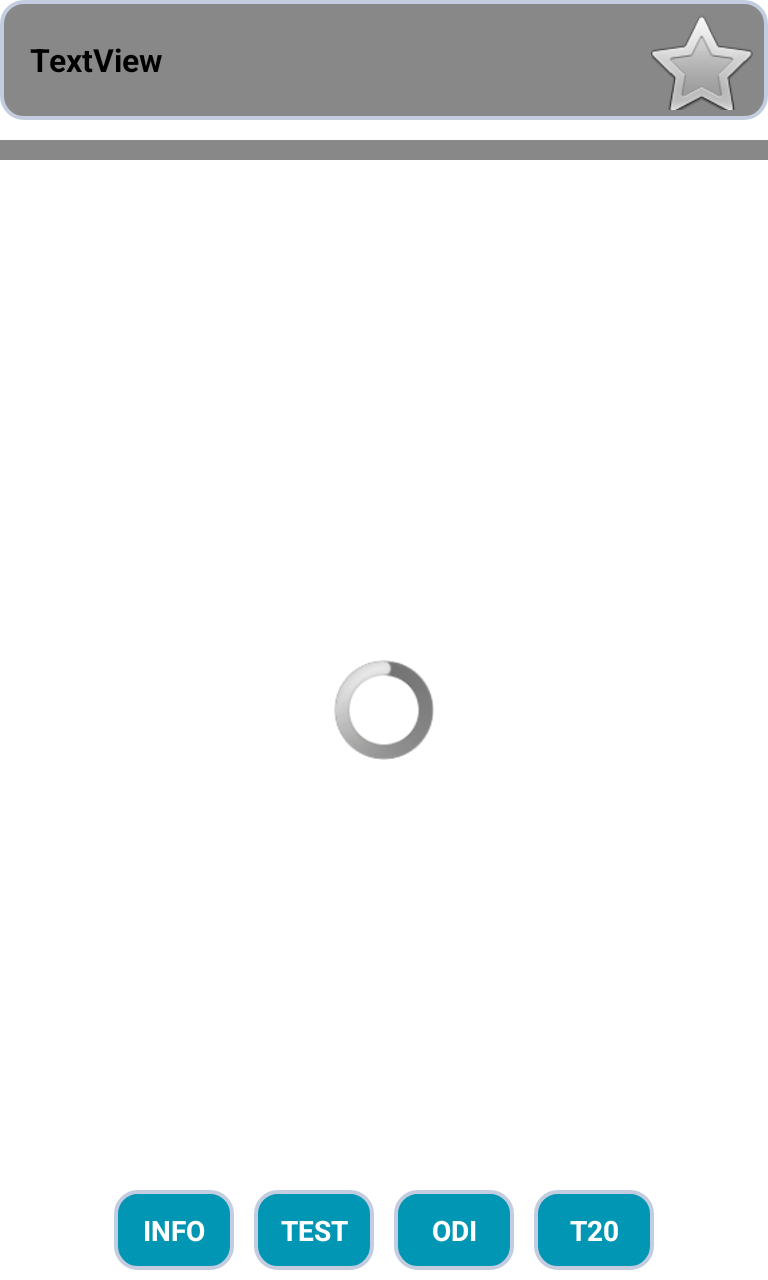
Repository: vinothsridhar/CrickBuzzChallenge
Layout: CricBuzzAndroidApp/res/layout/activity_playerprofile.xml
The author's editor kept a copy of each file at every save. The layout is drawn from the files as they stood at one save, then again after the next save.
It is drawn on a 768 x 1280 px phone screen (xhdpi) without system bars, with theme AppTheme; the app's code is not run.

Above is the layout before, as saved 2014-12-20 16:46:59.

### CricBuzzAndroidApp/res/layout/activity_playerprofile.xml
<RelativeLayout xmlns:android="http://schemas.android.com/apk/res/android"
    xmlns:tools="http://schemas.android.com/tools"
    android:layout_width="match_parent"
    android:layout_height="match_parent" >

    <include
        android:id="@+id/topItem"
        layout="@layout/playlist_item" />

    <RelativeLayout
        android:layout_width="fill_parent"
        android:layout_height="fill_parent"
        android:layout_below="@+id/topItem" >

        <ProgressBar
            android:id="@+id/profileProgress"
            android:layout_width="50dp"
            android:layout_height="50dp"
            android:layout_centerInParent="true" />

        <TextView
            android:id="@+id/networkError"
            android:layout_width="fill_parent"
            android:layout_height="wrap_content"
            android:visibility="gone"
            android:textColor="@color/red"
            android:text="@string/error_text"/>

        <RelativeLayout
            android:id="@+id/profileInfo"
            android:layout_width="fill_parent"
            android:layout_height="fill_parent"
            android:orientation="vertical" >

            <ScrollView
                android:id="@+id/detailsScrollView"
                android:layout_width="fill_parent"
                android:layout_height="fill_parent"
                android:layout_above="@+id/buttonLayout">

	            <LinearLayout
	                android:id="@+id/details"
	                android:layout_width="fill_parent"
	                android:layout_height="wrap_content"
	                android:padding="5dp"
	                android:background="#888888"
	                android:orientation="vertical">

	            </LinearLayout>

            </ScrollView>

            <LinearLayout
                android:id="@+id/buttonLayout"
                android:layout_width="match_parent"
                android:layout_height="wrap_content"
                android:layout_alignParentBottom="true"
                android:layout_margin="5dp"
                android:gravity="center_horizontal"
                android:orientation="horizontal" >

                <Button
                    android:id="@+id/info"
                    android:layout_width="wrap_content"
                    android:layout_height="wrap_content"
                    style="@style/Button"
                    android:layout_marginRight="10dp"
                    android:text="@string/info_text" />

                <Button
                    android:id="@+id/test"
                    android:layout_width="wrap_content"
                    android:layout_height="wrap_content"
                    style="@style/Button"
                    android:layout_marginRight="10dp"
                    android:text="@string/test_text" />

                <Button
                    android:id="@+id/odi"
                    android:layout_width="wrap_content"
                    android:layout_height="wrap_content"
                    style="@style/Button"
                    android:layout_marginRight="10dp"
                    android:text="@string/odi_text" />

                <Button
                    android:id="@+id/t20"
                    android:layout_width="wrap_content"
                    android:layout_height="wrap_content"
                    style="@style/Button"
                    android:text="@string/t20_text" />

            </LinearLayout>
        </RelativeLayout>
    </RelativeLayout>

</RelativeLayout>

### CricBuzzAndroidApp/res/values/styles.xml
<resources xmlns:android="http://schemas.android.com/apk/res/android">
    <style name="AppBaseTheme" parent="@android:style/Theme.Light.NoTitleBar">
    </style>

    <style name="AppTheme" parent="AppBaseTheme">
    </style>

    <style name="BoldText">
        <item name="android:textSize">@dimen/medium_text</item>
        <item name="android:textStyle">bold</item>
        <item name="android:padding">5dp</item>
    </style>

    <style name="TitleText">
        <item name="android:textSize">@dimen/big_text</item>
        <item name="android:background">@color/black</item>
        <item name="android:textColor">@color/white</item>
        <item name="android:textStyle">bold</item>
        <item name="android:gravity">center_vertical</item>
        <item name="android:padding">5dp</item>
    </style>

    <style name="TitleIcon" parent="@android:style/Widget.TabWidget">
        <item name="android:gravity">center_vertical</item>
        <item name="android:background">@drawable/tab_holo</item>
        <item name="android:paddingLeft">5dp</item>
        <item name="android:paddingRight">5dp</item>
    </style>

    <style name="TotalText" parent="BoldText">
        <item name="android:textColor">@color/black</item>
        <item name="android:background">@color/yellow</item>
        <item name="android:weightSum">2</item>
        <item name="android:gravity">center</item>
    </style>

    <style name="PlayerNameText">
        <item name="android:textColor">@color/black</item>
        <item name="android:textSize">@dimen/big_text</item>
        <item name="android:paddingLeft">10dp</item>
        <item name="android:textStyle">bold</item>
    </style>

    <style name="Button">
        <item name="android:width">60dp</item>
        <item name="android:height">40dp</item>
        <item name="android:textColor">@color/white</item>
        <item name="android:textSize">@dimen/medium_text</item>
        <item name="android:padding">5dp</item>
        <item name="android:textStyle">bold</item>
        <item name="android:background">@drawable/button_item</item>
    </style>

</resources>

### CricBuzzAndroidApp/res/layout/playlist_item.xml
<?xml version="1.0" encoding="utf-8"?>
<LinearLayout xmlns:android="http://schemas.android.com/apk/res/android"
    android:layout_width="match_parent"
    android:layout_height="60dp"
    android:layout_gravity="center_vertical"
    android:gravity="center_vertical"
    android:background="@drawable/playerlistitem"
    android:layout_marginBottom="10dp"
    android:clickable="true"
    android:orientation="horizontal" >

    <TextView
        android:id="@+id/playerName"
        android:layout_width="fill_parent"
        android:layout_height="wrap_content"
        android:layout_weight="1"
        style="@style/PlayerNameText"
        android:text="TextView" />

    <RatingBar
        android:id="@+id/ratingBar1"
        android:layout_width="wrap_content"
        android:layout_height="wrap_content"
        android:layout_weight="0"
        android:stepSize="1"
        android:numStars="1" />

    <ImageButton
        android:id="@+id/share"
        android:layout_width="wrap_content"
        android:layout_height="wrap_content"
        android:layout_weight="0"
        android:background="@drawable/tab_holo"
        android:visibility="gone"
        android:src="@drawable/ic_share" />

</LinearLayout>

### CricBuzzAndroidApp/res/values/colors.xml
<?xml version="1.0" encoding="utf-8"?>
<resources>
    <color name="black">#000000</color>
    <color name="white">#ffffff</color>
    <color name="yellow">#FFCC00</color>
    <color name="red">#F45454</color>
</resources>

### CricBuzzAndroidApp/res/values/strings.xml
<?xml version="1.0" encoding="utf-8"?>
<resources>

    <string name="app_name">CricBuzzAndroidApp</string>
	<string name="loading_playlist_text">Loading Playlist</string>
	<string name="total_players_text">Total Players: %1$s</string>
	<string name="total_favorites_text">Favorites: %1$s</string>
	<string name="test_text">TEST</string>
	<string name="odi_text">ODI</string>
	<string name="t20_text">T20</string>
	<string name="info_text">INFO</string>
	<string name="error_text">Network Error</string>
</resources>

### CricBuzzAndroidApp/res/values/dimens.xml
<resources>

    <!-- Text sizes -->
    <dimen name="small_text">12sp</dimen>
    <dimen name="medium_text">14sp</dimen>
    <dimen name="big_text">16sp</dimen>

</resources>

### CricBuzzAndroidApp/res/drawable/button_item.xml
<?xml version="1.0" encoding="utf-8"?>
<selector xmlns:android="http://schemas.android.com/apk/res/android">

    <item android:state_pressed="true" android:state_focused="false"><shape android:shape="rectangle">
            <solid android:color="#588687"></solid>

            <stroke android:width="2dp" android:color="#C4CDE0"></stroke>

            <padding android:bottom="5dp" android:left="5dp" android:right="5dp" android:top="5dp"></padding>

            <corners android:radius="11dp"></corners>
        </shape></item>
    <item android:state_pressed="false"><shape android:shape="rectangle">
            <solid android:color="#0096B4"></solid>

            <stroke android:width="2dp" android:color="#C4CDE0"></stroke>

            <padding android:bottom="5dp" android:left="5dp" android:right="5dp" android:top="5dp"></padding>

            <corners android:radius="11dp"></corners>
        </shape></item>

</selector>

### CricBuzzAndroidApp/res/drawable/playerlistitem.xml
<?xml version="1.0" encoding="utf-8"?>
<selector xmlns:android="http://schemas.android.com/apk/res/android">

    <item android:state_pressed="true"><shape android:shape="rectangle">
            <solid android:color="#588687"></solid>

            <stroke android:width="2dp" android:color="#C4CDE0"></stroke>

            <padding android:bottom="5dp" android:left="5dp" android:right="5dp" android:top="5dp"></padding>

            <corners android:radius="11dp"></corners>
        </shape></item>
    <item android:state_pressed="false"><shape android:shape="rectangle">
            <solid android:color="#888888"></solid>

            <stroke android:width="2dp" android:color="#C4CDE0"></stroke>

            <padding android:bottom="5dp" android:left="5dp" android:right="5dp" android:top="5dp"></padding>

            <corners android:radius="11dp"></corners>
        </shape></item>

</selector>

### CricBuzzAndroidApp/res/drawable/tab_holo.xml
<?xml version="1.0" encoding="utf-8"?>
<selector xmlns:android="http://schemas.android.com/apk/res/android">

    <!-- <item android:drawable="@drawable/tab_unselected_holo" android:state_focused="false" android:state_pressed="false" android:state_selected="false"/> -->
    <item android:drawable="@drawable/tab_selected_holo" android:state_focused="false" android:state_pressed="false" android:state_selected="true"/>
    <item android:drawable="@drawable/tab_unselected_focused_holo" android:state_focused="true" android:state_pressed="false" android:state_selected="false"/>
    <item android:drawable="@drawable/tab_selected_focused_holo" android:state_focused="true" android:state_pressed="false" android:state_selected="true"/>
    <item android:drawable="@drawable/tab_unselected_pressed_holo" android:state_focused="false" android:state_pressed="true" android:state_selected="false"/>
    <item android:drawable="@drawable/tab_selected_pressed_holo" android:state_focused="false" android:state_pressed="true" android:state_selected="true"/>
    <item android:drawable="@drawable/tab_unselected_pressed_focused_holo" android:state_focused="true" android:state_pressed="true" android:state_selected="false"/>
    <item android:drawable="@drawable/tab_selected_pressed_focused_holo" android:state_focused="true" android:state_pressed="true" android:state_selected="true"/>

</selector>

After the next save:
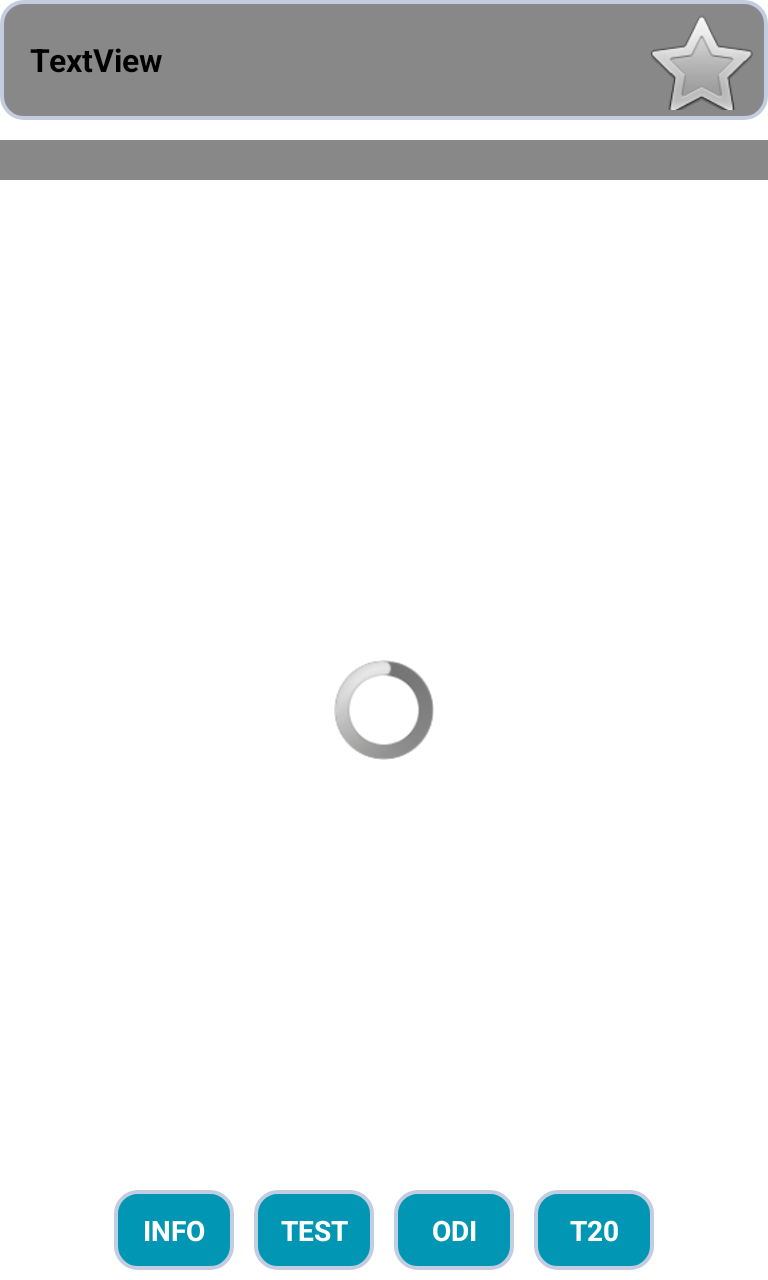
Saved 7 s later.
--- a/CricBuzzAndroidApp/res/layout/activity_playerprofile.xml
+++ b/CricBuzzAndroidApp/res/layout/activity_playerprofile.xml
@@ -42,7 +42,7 @@
 	                android:id="@+id/details"
 	                android:layout_width="fill_parent"
 	                android:layout_height="wrap_content"
-	                android:padding="5dp"
+	                android:padding="10dp"
 	                android:background="#888888"
 	                android:orientation="vertical">
 
